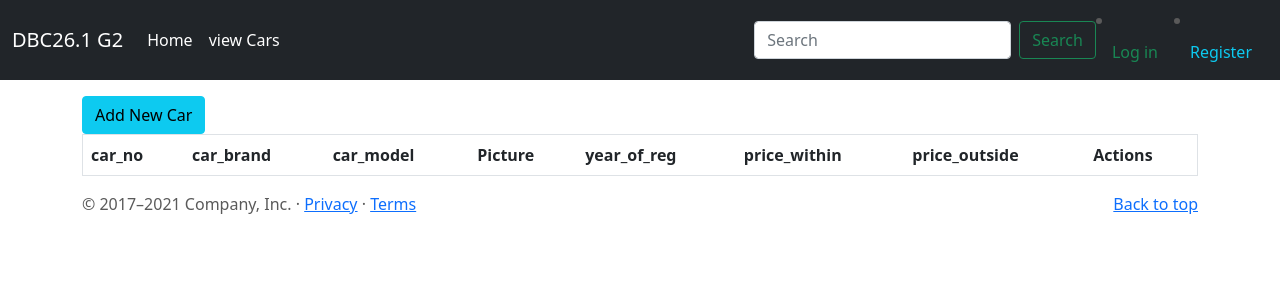
Repository: Cwills21/Aiti-dbc26.1-group-2
Page: http://localhost/cars
The author's editor kept a copy of each file at every save. The page is drawn from the files as they stood at one save, then again after the next save.
The browser window is 1280 px wide. The pictures show the whole page.
The page is served by the project's Laravel application, run on PHP 8.4 with Laravel 8. Queries for data that is not in the repository find no rows.

Above is the page before, as saved 2022-03-09 23:18:07.

After the next save:
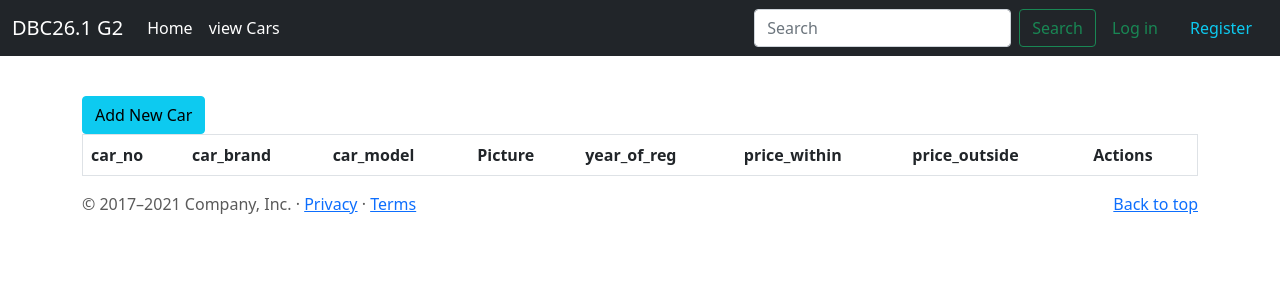
Saved 55 s later.
--- a/resources/views/layout/master.blade.php
+++ b/resources/views/layout/master.blade.php
@@ -81,13 +81,13 @@
                                     </x-responsive-nav-link>
                         </form>
                         @else
-                        <li class="nav-item">
+
                             <a href="{{ route('login') }}" class="nav-link text-success">Log in</a>
-                        </li>
+
                             @if (Route::has('register'))
-                        <li class="nav-item">
+
                             <a href="{{ route('register') }}" class="nav-link text-info">Register</a>
-                        </li>
+
                             @endif
                         @endauth
 
